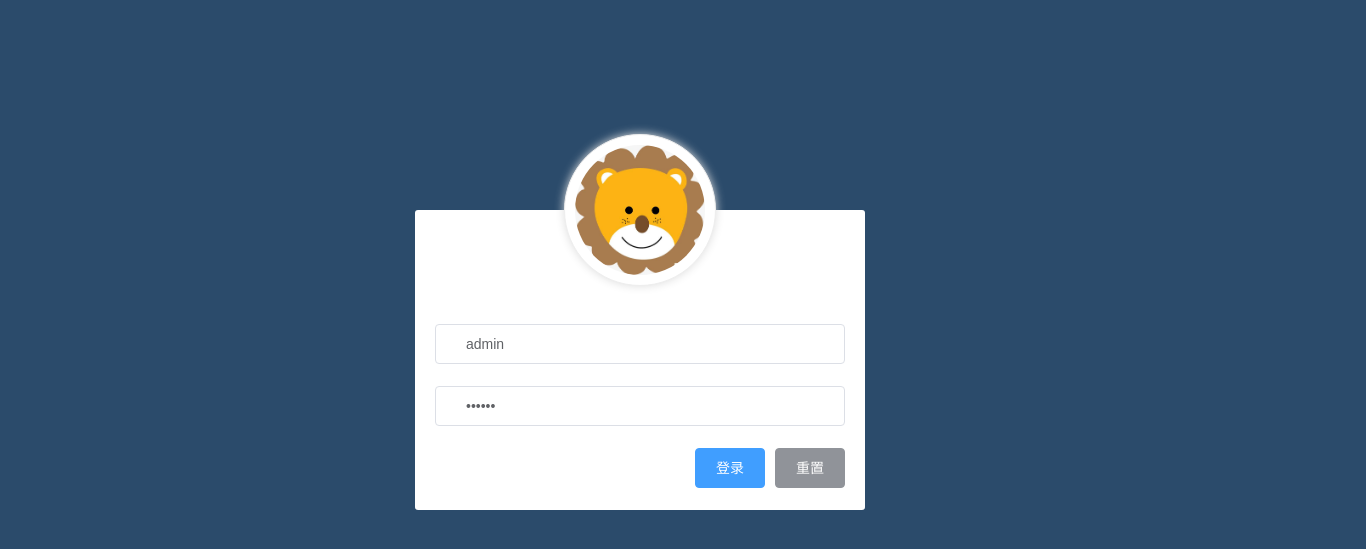
Repository: Dino-18/vue_onlineshop
Page: /
An editor plug-in stored every save of this project. The page is shown before and after the next save, followed by the edit.
The browser window is 1280 px wide. The page is 1366 px wide, so the pictures cover 1366 px, including what lies to the right of the window. The pictures show the whole page.
The project was rebuilt for these pictures with package versions that can differ from the ones it lists, and the page was loaded fresh each time. Also part of the build but not shown: vue.config.js.

Above is the page before, as saved 2021-02-02 21:55:45.

### src/assets/css/global.css
/* 全局样式表 */
html,
body,
#app {
  height: 100%;
  margin: 0;
  padding: 0;
  min-width: 1366px;
}

.el-breadcrumb {
  margin-bottom: 15px;
  font-size: 12px;
}

.el-card {
  box-shadow: 0 1px 1px rgba(0,0,0,0.15)!important;
}

.el-table {
  margin-top:15px;
  font-size: 12px;
}
.el-pagination{
  margin-top: 15px;
}

### src/plugins/element.js
import Vue from 'vue'
import { Button, Form, FormItem, Input, Message, Container, Header, Aside, Main, Menu, Submenu, MenuItemGroup, MenuItem, Breadcrumb, BreadcrumbItem, Card, Row, Col, Table, TableColumn, Switch, Tooltip, Pagination, Dialog, MessageBox, Tag } from 'element-ui'

Vue.use(Button)
Vue.use(Form)
Vue.use(FormItem)
Vue.use(Input)
Vue.use(Container)
Vue.use(Header)
Vue.use(Aside)
Vue.use(Main)
Vue.use(Menu)
Vue.use(Submenu)
Vue.use(MenuItemGroup)
Vue.use(MenuItem)
Vue.use(Breadcrumb)
Vue.use(BreadcrumbItem)
Vue.use(Card)
Vue.use(Col)
Vue.use(Row)
Vue.use(TableColumn)
Vue.use(Table)
Vue.use(Switch)
Vue.use(Tooltip)
Vue.use(Pagination)
Vue.use(Dialog)
Vue.use(Tag)
Vue.prototype.$message = Message
Vue.prototype.$confirm = MessageBox.confirm

### src/components/Login.vue
<template>
  <div class="login_container">
    <div class="login_box">
      <!-- 头像区域 -->
      <div class="avatar_box">
        <img src="../assets/logo.jpg" alt="">
      </div>
      <!-- 登录表单区域 -->
      <el-form ref="loginFormRef" :model="loginForm" :rules="loginFormRules" label-width="0px" class="login_form">
        <!-- 用户名 -->
        <el-form-item prop="username">
          <el-input v-model="loginForm.username" prefix-icon="iconfont icon-user"></el-input>
        </el-form-item>
        <!-- 密码 -->
        <el-form-item prop="password">
          <el-input v-model="loginForm.password" prefix-icon="iconfont icon-3702mima" type="password"></el-input>
        </el-form-item>
        <!-- 按钮区域 -->
        <el-form-item class="btns">
          <el-button type="primary" @click="login">登录</el-button>
          <el-button type="info" @click="resetLoginForm">重置</el-button>
        </el-form-item>
      </el-form>
    </div>
  </div>
</template>

<script>
export default {
  data() {
    return {
      // 这是登录表单的数据绑定对象
      loginForm: {
        username: 'admin',
        password: '123456'
      },
      // 这是表单的验证规则对象
      loginFormRules: {
        // 验证用户名是否合法
        username: [
          { required: true, message: '请输入登录名称', trigger: 'blur' },
          { min: 3, max: 10, message: '长度在 3 到 10 个字符', trigger: 'blur' }
        ],
        // 验证密码是否合法
        password: [
          { required: true, message: '请输入登录密码', trigger: 'blur' },
          { min: 6, max: 15, message: '长度在 6 到 15 个字符', trigger: 'blur' }
        ]
      }
    }
  },
  methods: {
    // 点击重置按钮，重置登录表单
    resetLoginForm() {
      // console.log(this);
      this.$refs.loginFormRef.resetFields()
    },
    login() {
      this.$refs.loginFormRef.validate(async valid => {
        if (!valid) return
        const { data: res } = await this.$http.post('login', this.loginForm)
        if (res.meta.status !== 200) return this.$message.error('登录失败！')
        this.$message.success('登录成功')
        // 1. 将登录成功之后的 token，保存到客户端的 sessionStorage 中
        //   1.1 项目中出了登录之外的其他API接口，必须在登录之后才能访问
        //   1.2 token 只应在当前网站打开期间生效，所以将 token 保存在 sessionStorage 中
        window.sessionStorage.setItem('token', res.data.token)
        // 2. 通过编程式导航跳转到后台主页，路由地址是 /home
        this.$router.push('/home')
      })
    }
  }
}
</script>

<style lang="less" scoped>
.login_container {
  background-color: #2b4b6b;
  height: 100%;
}

.login_box {
  width: 450px;
  height: 300px;
  background-color: #fff;
  border-radius: 3px;
  position: absolute;
  left: 50%;
  top: 50%;
  transform: translate(-50%, -50%);

  .avatar_box {
    height: 130px;
    width: 130px;
    border: 1px solid #eee;
    border-radius: 50%;
    padding: 10px;
    box-shadow: 0 0 10px #ddd;
    position: absolute;
    left: 50%;
    transform: translate(-50%, -50%);
    background-color: #fff;
    img {
      width: 100%;
      height: 100%;
      border-radius: 50%;
      background-color: #eee;
    }
  }
}

.login_form {
  position: absolute;
  bottom: 0;
  width: 100%;
  padding: 0 20px;
  box-sizing: border-box;
}

.btns {
  display: flex;
  justify-content: flex-end;
}
</style>

### src/components/Home.vue
<template>
  <!-- 头部区域 -->
  <el-container class="home-container">
    <el-header>
      <div>
        <img src="../assets/logo2.jpg" alt="">
        <span>电商后台管理系统</span>
      </div>
      <el-button type="info" @click="logout">退出</el-button>
    </el-header>
    <!-- 页面主体区域 -->
    <el-container>
      <!-- 侧边栏区域 -->
      <el-aside :width="isCollapse ? '64px': '200px'">
        <!-- 滚动条实现菜单折叠与展开 -->
        <div class="toggle-button" @click="toggleCollapse">|||</div>
        <!-- 侧边栏菜单区域 -->
        <el-menu background-color="333744" text-color="#fff" active-text-color="#ffd04b" :unique-opened="true" :collapse="isCollapse" :collapse-transition="false" :router="true" :default-active="activePath">
          <!-- 一级菜单 -->
          <el-submenu :index="item.id +''" v-for="item in menulist" :key="item.id">
            <!-- 一级菜单的模板 -->
            <template slot="title">
              <!-- 图标 -->
              <i class="iconsObj[item.id]"></i>
              <!-- 文本 -->
              <span>{{item.authName}}</span>
            </template>
            <!-- 二级菜单 -->
            <el-menu-item :index="subItem.path" v-for="subItem in item.children" :key="subItem.id" @click="savaNavstate(subItem.path)">
              <template slot="title">
              <!-- 图标 -->
              <i class="el-icon-menu"></i>
              <!-- 文本 -->
              <span>{{subItem.authName}}</span>
              </template>
            </el-menu-item>
          </el-submenu>
        </el-menu>
      </el-aside>
      <!-- 右侧内容主体区域 -->
      <el-main>
        <!-- 路由占位符 -->
        <router-view></router-view>
      </el-main>
    </el-container>
  </el-container>
</template>

<script>
export default {
  data() {
    return {
      menulist:[],
      iconsObj: {
        '125': 'iconfont icon-user',
        '103': 'iconfont icon-tijikongjian',
        '101': 'iconfont icon-shangpin',
        '102': 'iconfont icon-danju',
        '145': 'iconfont icon-baobiao'
      },
      //菜单栏是否折叠
      isCollapse: false,
      //被激活的链接地址，动态绑定到defaul-active
      activePath: '',
    }
  },
  created() {
    // 生命周期
    this.getMenulist()
    this.activePath = window.sessionStorage.getItem('activePath')
  },
  methods: {
    logout() {
      window.sessionStorage.clear()
      this.$router.push('/login')
    },
    // 获取所有菜单
    async getMenulist() {
      const {data: res} = await this.$http.get('/menus');
      // get返回的是promise，可以用awaite和async简化
      if(res.meta.status!==200) return this.$message.error()// 返回失败
      this.menulist = res.data// 获取左侧菜单数据
      console.log(res)
    },
    //实现点击按钮菜单栏折叠功能
    toggleCollapse() {
      this.isCollapse = ! this.isCollapse
    },
    //保存链接激活状态
    savaNavstate(activePath) {
      window.sessionStorage.setItem('activePath', activePath)
      this.activePath = activePath
    }
  }
}
</script>

<style lang="less" scoped>
.home-container {
  height: 100%;
}
.el-header {
  background-color: #373d41;
  display: flex;
  justify-content: space-between;
  padding-left:0;
  align-items: center;
  color:#fff;
  font-size:20px;
  > div {
    display: flex;
    align-items: center;
    span {
      margin-left: 20px;
    }
  }
  img {
    display: block;
    height: 60px;
    width: 60px;
    opacity:0.4;
  }
}
.el-aside {
  background-color: #333744;
  .el-menu {
    border-right: 0;//默认有一个右边框，在这里自定义覆盖掉
  }
}
.el-main {
  background-color: #EAEDF1;
}
.iconfont {
  margin-right: 10px;
}

.toggle-button {
  background-color: #4A5064;
  font-size: 10px;
  line-height: 24px;
  color:#fff;
  text-align: center;
  letter-spacing: 0.2px;
  cursor: pointer;
}
</style>

### src/components/Welcome.vue
<template>
<div>
<h3>Welcome</h3>
</div>
</template>

### src/components/power/Rights.vue
<template>
<div>
    <!-- 面包屑导航区 -->
    <el-breadcrumb separator-class="el-icon-arrow-right">
        <el-breadcrumb-item :to="{ path: '/home' }">首页</el-breadcrumb-item>
        <el-breadcrumb-item>权限管理</el-breadcrumb-item>
        <el-breadcrumb-item>权限列表</el-breadcrumb-item>
    </el-breadcrumb>
    <!-- 卡片视图 -->
    <el-card>
        <el-table :data="rightsList" border stripe>
            <el-table-column type="index">
            </el-table-column>
            <el-table-column label="权限名称" prop="authName">
            </el-table-column>
            <el-table-column label="路径" prop="path">
            </el-table-column>
            <el-table-column label="权限等级" prop="level">
                <template slot-scope="scope">
                    <el-tag v-if="scope.row.level==='0'">一级</el-tag>
                    <el-tag type="success" v-else-if="scope.row.level==='1'">二级</el-tag>
                    <el-tag type="warning" v-else>三级</el-tag>
                </template>
            </el-table-column>
        </el-table>

    </el-card>
</div>
</template>

<script>
export default {
    data() {
        return{
            //所有的权限列表
            rightsList: []
        }
    },

    //在生命周期函数中发起请求
    created() {
        this.getRightsList()//通过该函数获取所有的权限
    },
    methods: {
        //获取权限
        async getRightsList() {
            const {data:res} = await this.$http.get('rights/list')
            if(res.meta.status !== 200) {
                return this.$message.error('获取用户权限失败！')
            }
            this.rightsList = res.data
            console.log(this.rightsList)
        }
    }
}
</script>

<style lang="less" scoped>

</style>

### src/components/power/Roles.vue
<template>
<div>
    <!-- 面包屑导航区 -->
    <el-breadcrumb separator-class="el-icon-arrow-right">
        <el-breadcrumb-item :to="{ path: '/home' }">首页</el-breadcrumb-item>
        <el-breadcrumb-item>权限管理</el-breadcrumb-item>
        <el-breadcrumb-item>角色列表</el-breadcrumb-item>
    </el-breadcrumb>

    <!-- 卡片视图 -->
    <el-card>
        <!-- 添加角色按钮 -->
        <el-row>
            <el-col>
                <el-button type="primary">添加角色</el-button>
            </el-col>
        </el-row>

        <!-- 角色列表区域 -->
        <el-table :data="rolelist" border stripe>
            <!-- 展开列 -->
            <el-table-column type="expand">
                <template slot-scope="scope">
                    <el-row :class="['bdbottom', i1===0?'.bdtop':'', 'vcenter']" v-for="(item1, i1) in scope.row.children" :key="item1.id">
                        <!-- 第一列是一级权限 -->
                        <el-col :span="5">
                           <el-tag closable @close="removeRightById(scope.row, item1.id)">
                                {{item1.authName}}
                           </el-tag>
                           <i class="el-icon-caret-right"></i>
                        </el-col>
                        <!-- 第二列渲染二级和三级权限 -->
                        <el-col :span="19">
                            <!-- 通过for循环嵌套渲染二级权限 -->
                            <el-row :class="[i2===0?'':'bdtop', 'vcenter']" v-for="(item2, i2) in item1.children" :key="item2.id">
                                <!-- 二级权限 -->
                                <el-col :span="6">
                                    <el-tag type="success" closable @close="removeRightById(scope.row, item2.id)">{{item2.authName}}</el-tag>
                                    <i class="el-icon-caret-right"></i>
                                </el-col>
                                <!-- 三级权限 -->
                                <el-col :span="18">
                                    <el-tag :class="[i3===0?'':'']" type = "warning" v-for="(item3,i3) in item2.children" :key="item3.id" closable @close="removeRightById(scope.row, item3.id)">{{item3.authName}}</el-tag> <!--eslint-disable-line no-unused-vars-->
                                </el-col>
                            </el-row>
                        </el-col>
                    </el-row>
                </template>
            </el-table-column>
            <!-- 索引列 -->
            <el-table-column type="index"></el-table-column>
            <el-table-column label="角色名称" prop="roleName">
            </el-table-column>
            <el-table-column label="角色描述" prop="roleDesc">
            </el-table-column>
            <el-table-column label="操作" width="300px">
                <template slot-scope="scope">
                    <!-- 编辑按钮 -->
                    <el-button type="primary" icon="el-icon-edit" size="mini" @click="showEditDialog(scope.row.id)"></el-button>
                    <!-- 删除按钮 -->
                    <el-button type="danger" icon="el-icon-delete" size="mini" @click="removeUserById(scope.row.id)"></el-button>
                    <!-- 分配权限按钮-->
                    <el-button size="mini" type="warning" icon="el-icon-setting" @click="showSetRightDialog">分配权限</el-button>
                </template>
            </el-table-column>
        </el-table>
    </el-card>
   <!-- 编辑用户对话框 -->
    <el-dialog
        title="修改用户"
        :visible.sync="editDialogVisible"
        width="50%" @close="editDialogClosed">
        <!-- 内容主体区 -->
        <el-form :model="editForm" label-width="70px" ref="editFormRef">
            <el-form-item label="用户角色">
                <el-input v-model="editForm.roleName"></el-input>
            </el-form-item>
        </el-form>
        <!-- 页脚 -->
        <span slot="footer" class="dialog-footer">
            <el-button @click="editDialogVisible = false">取 消</el-button>
            <el-button type="primary" @click="editUserInfo">确 定</el-button>
        </span>
    </el-dialog>

    <!-- 分配权限对话框 -->
    <el-dialog
        title="分配权限"
        :visible.sync="setRightdialogVisible"
        width="50%">
        <!-- 树形控件 -->
        <el-tree :data="rightslist" :props="treeProps" @node-click="handleNodeClick"></el-tree>
        <span slot="footer" @click = "setRightdialogVisible= false">
            <el-button @click="dialogVisible = false">取 消</el-button>
            <el-button type="primary" @click="dialogVisible = false">确 定</el-button>
        </span>
    </el-dialog>
</div>
</template>

<script>
export default {
    data(){
        return {
            //所有角色列表数据
            rolelist: [],
            //控制修改用户对话框的显示和隐藏
            editDialogVisible: false,
            //查询到的用户信息对象
            editForm: {},
            //控制权限分配按钮页面的显示与隐藏
            setRightdialogVisible: false,
            //所有全权限数据
            rightslist: [],
            //属性控件的属性绑定对象
            treeProps: {
                label: 'authName',
                children: 'children'
            }
        }
    },
    created() {
        this.getRoleList()
    },
    methods: {
    //获取所有角色的列表
    async getRoleList() {
        const {data: res} = await this.$http.get('roles')
        if(res.meta.status !== 200) {
                return this.$message.error('获取用户角色列表失败！')
            }
        this.rolelist = res.data
        // console.log(this.rolelist)
        },
    //展示编辑用户对话框
    async showEditDialog(id) {
        // console.log(id)
        this.editDialogVisible = true
        const {data: res} = await this.$http.get('roles/' + id)
        if(res.meta.status != 200){
            return this.message.error('查询用户失败！')
        }
        this.editForm = res.data
        this.editDialogVisible = true
    },
    //监听修改用户对话框的关闭事件
    editDialogClosed() {
        this.$refs.editFormRef.resetFields()
    },
    //修改用户信息并提交
    async editUserInfo() {
        this.$refs.editFormRef.validate(
        async valid => {//valid是否校验成功的bool值
        // console.log(valid)
            if(!valid) return
            //校验成功则可以添加用户的网络请求
            console.log(this.editForm.roleId)
            const {data: res} = await this.$http.put('roles/'+this.editForm.roleId, {roleName:this.editForm.roleName})
            // console.log(res)
            if(res.meta.status !== 200) {
                    return this.$message.error('更新用户角色列表失败！')
                }
            //隐藏添加用户对话框，并重新获取用户数据
            this.editDialogVisible = false
            this.getRoleList()
            this.$message.success('更新用户成功！')
        })
    },
    //根据id删除用户
    async removeUserById(id) {
        //弹框询问确认
        const confirmResult = await this.$confirm('此操作将永久删除该用户, 是否继续?', '提示', {
        confirmButtonText: '确定',
        cancelButtonText: '取消',
        type: 'warning'
        }).catch(err =>err)
        //如果用户确认删除则返回字符串confirm，取消则返回字符串cancel
        if(confirmResult!=='confirm') {
            return this.$message.info('已经取消删除')
        }
        const {data: res} = await this.$http.delete('roles/' + id)
        // console.log(res.meta.status)
        if(res.meta.status != 200){
            return this.$message.error('删除用户失败！')
            }
        this.$message.success('删除用户成功！')
        this.getRoleList()
        },
    //根据id删除对应权限
    async removeRightById(role, rightId) {
        //弹框提示是否删除
        const comfirmResult = await this.$confirm('此操作将永久删除该文件, 是否继续?', '提示', {
          confirmButtonText: '确定',
          cancelButtonText: '取消',
          type: 'warning'
        }).catch(err => err)
        if(comfirmResult !== 'confirm') {
            return this.$message.info('取消了删除！');
        }
        const {data: res} = await this.$http.delete(`roles/${role.id}/rights/${rightId}`);
        console.log(rightId);
        if(res.meta.status != 200){
            return this.$message.error('删除用户权限失败！');
            }
        // this.getRoleList();//这里会重新渲染整个权限表格，从而导致刚才的页面关闭
        role.children = res.data;
        },
    //展示分配权限对话框
    async showSetRightDialog() {
        const {data: res}=await this.$http.get('rights/tree');//使用树形结构
        if(res.meta.status != 200){
            return this.$message.error('获取用户权限失败！');
            }
        //获取用户权限数据保存在data中
        this.rightslist = res.data;
        console.log(this.rightslist);
        // this.setRightdialogVisible = true;
    }
    }
}
</script>

<style lang="less" scoped>
.el-tag {
    margin:7px;
}
//给一级权限加边框线
.bdbottom {
    border-bottom: 1px solid #eee;
}
.bdtop {
    border-top: 1px solid #eee;
}

.vcenter {
    display: flex;
    align-items: center;
}
</style>

Loaded but not shown: public/index.html (common file); src/App.vue (common file); src/router/index.js (43 lines, source omitted); src/main.js (24 lines, source omitted); src/components/user/Users.vue (306 lines, source omitted); src/assets/fonts/iconfont.css (no copy from this time; the picture is the same without it)

After the next save:
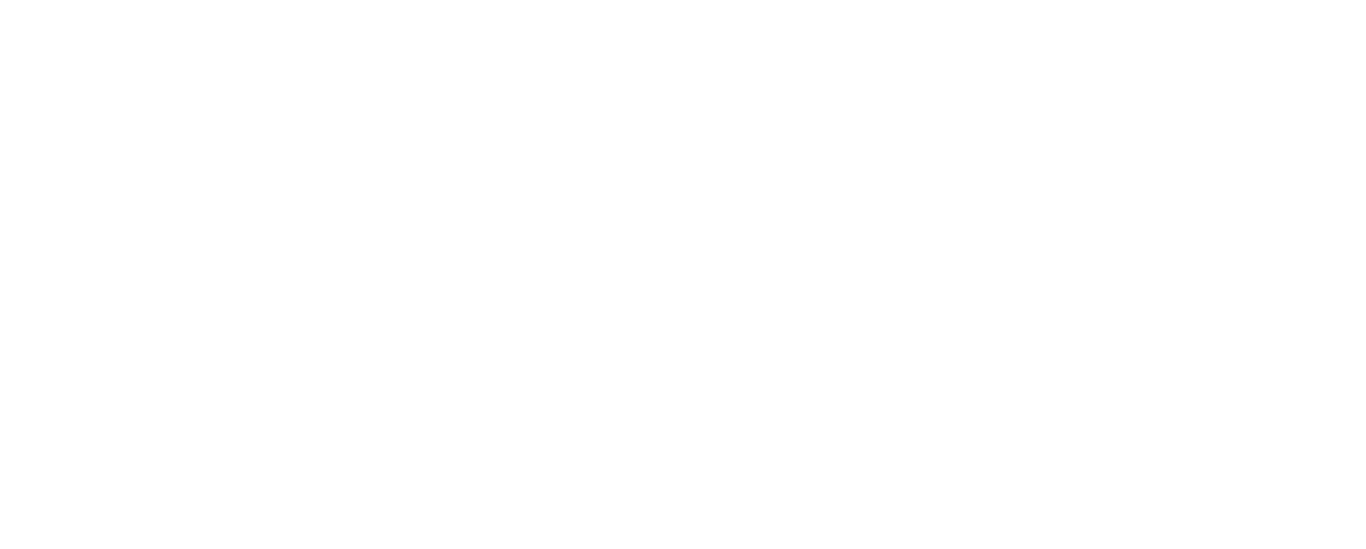
Console error: TypeError: import_vue2.default.tree is not a function
Saved 77 s later.
--- a/src/plugins/element.js
+++ b/src/plugins/element.js
@@ -1,5 +1,5 @@
 import Vue from 'vue'
-import { Button, Form, FormItem, Input, Message, Container, Header, Aside, Main, Menu, Submenu, MenuItemGroup, MenuItem, Breadcrumb, BreadcrumbItem, Card, Row, Col, Table, TableColumn, Switch, Tooltip, Pagination, Dialog, MessageBox, Tag } from 'element-ui'
+import { Button, Form, FormItem, Input, Message, Container, Header, Aside, Main, Menu, Submenu, MenuItemGroup, MenuItem, Breadcrumb, BreadcrumbItem, Card, Row, Col, Table, TableColumn, Switch, Tooltip, Pagination, Dialog, MessageBox, Tag, Tree } from 'element-ui'
 
 Vue.use(Button)
 Vue.use(Form)
@@ -25,5 +25,6 @@
 Vue.use(Pagination)
 Vue.use(Dialog)
 Vue.use(Tag)
+Vue.tree(Tree)
 Vue.prototype.$message = Message
 Vue.prototype.$confirm = MessageBox.confirm

After the save that followed:
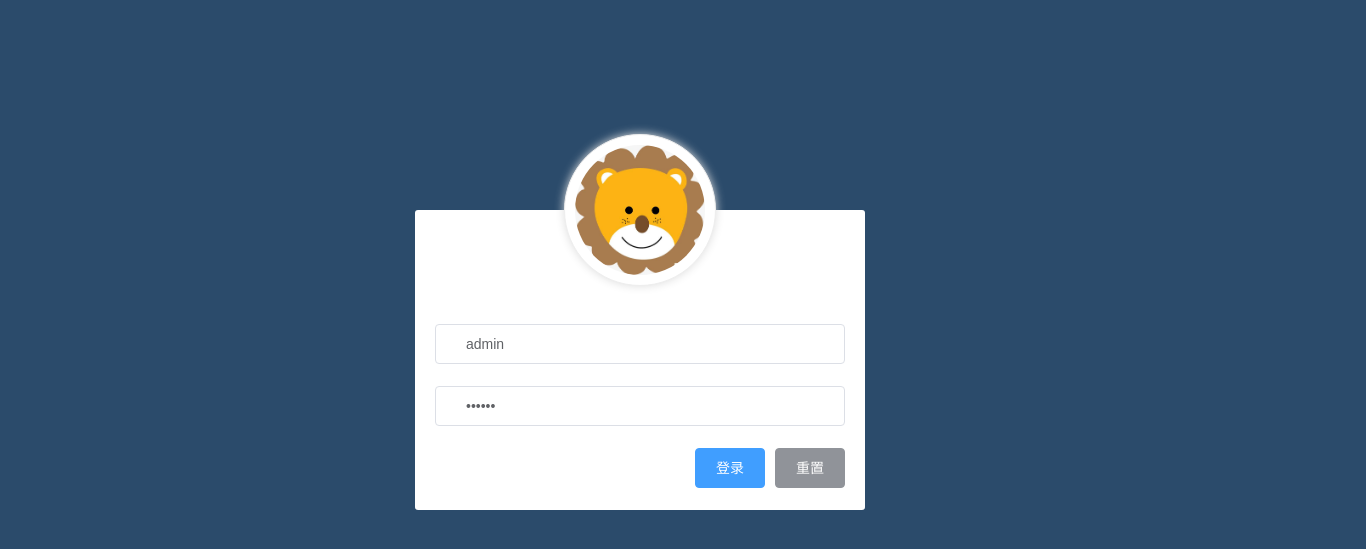
The error is gone.
Saved 61 s later.
--- a/src/plugins/element.js
+++ b/src/plugins/element.js
@@ -25,6 +25,6 @@
 Vue.use(Pagination)
 Vue.use(Dialog)
 Vue.use(Tag)
-Vue.tree(Tree)
+Vue.use(Tree)
 Vue.prototype.$message = Message
 Vue.prototype.$confirm = MessageBox.confirm
